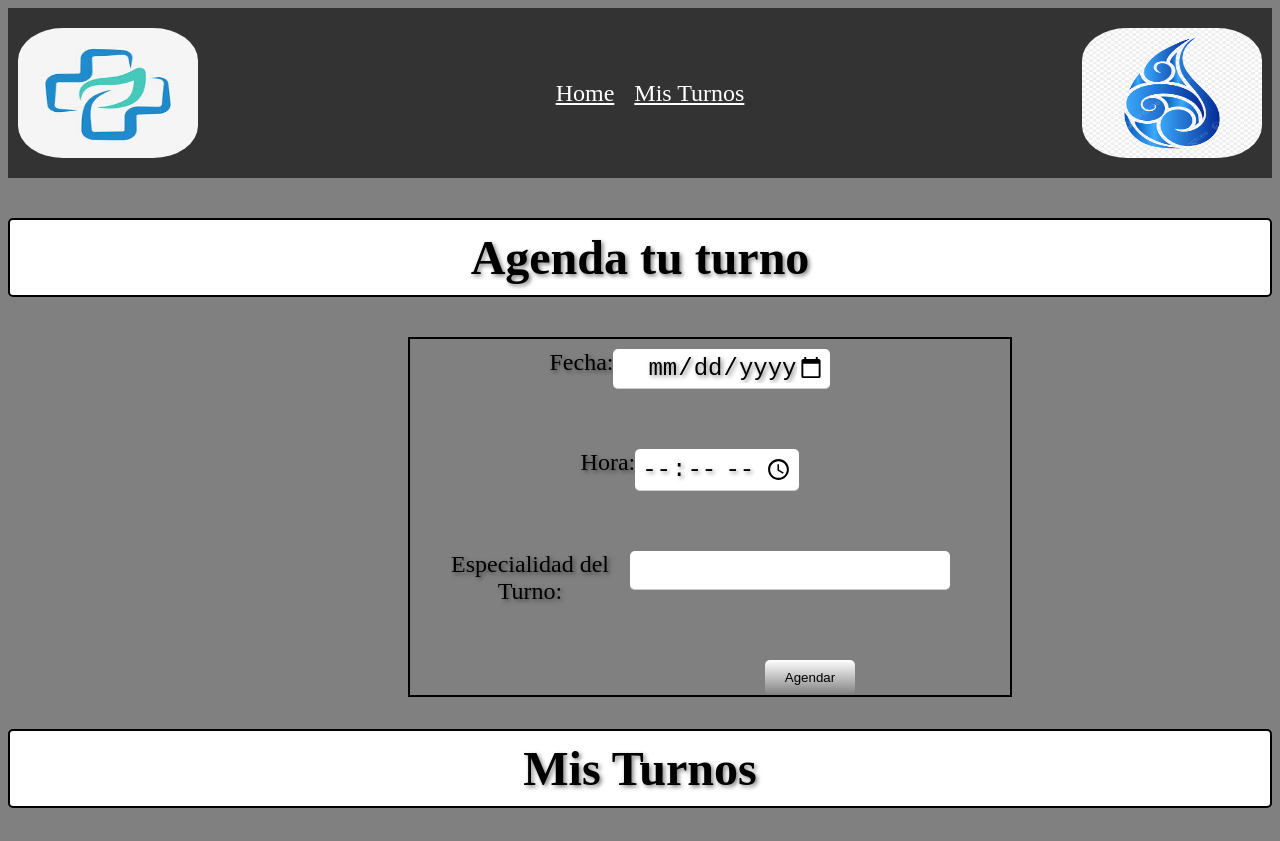
Repository: mauro8778/TurnoClinica
Page: /misTurnos (app in front/vite-project/)
An editor plug-in stored every save of this project. The page is shown before and after the next save, followed by the edit.
The browser window is 1280 px wide. The pictures show the whole page.
The page's requests for data from a server got no answer. The project was rebuilt for these pictures with package versions that can differ from the ones it lists, and the page was loaded fresh each time. No one was signed in, and anything a server would have sent is missing. Also part of the build but not shown: front/vite-project/vite.config.js, front/vite-project/src/views/home/home.jsx, front/vite-project/src/Redux/authActions.js, front/vite-project/src/views/Login/Login.jsx, front/vite-project/src/components/turno/turno.jsx, front/vite-project/src/helper/validate.js, front/vite-project/src/views/Register/Register.jsx.

Above is the page before, as saved 2024-04-15 23:54:08.

After the next save:
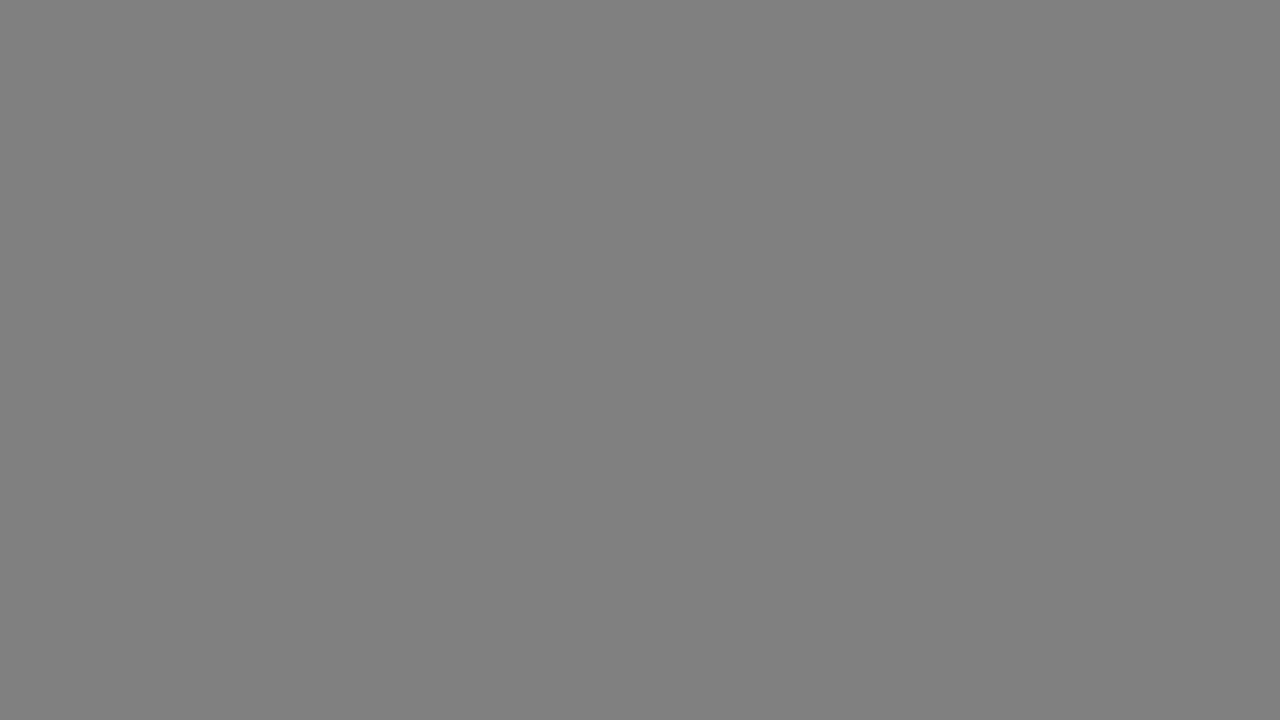
Console error (its wording comes from the project's code and is left out).
Saved 13 s later.
--- a/front/vite-project/src/views/misTurnos/MisTurnos.jsx
+++ b/front/vite-project/src/views/misTurnos/MisTurnos.jsx
@@ -10,6 +10,7 @@
     const [error, setError] = useState(null);
     const [loading, setLoading] = useState(false);
     const userId = useSelector(state => state.auth.user?.id);
+    const history = useHistory();
 
 
     useEffect(() => {

After the 3 saves that followed:
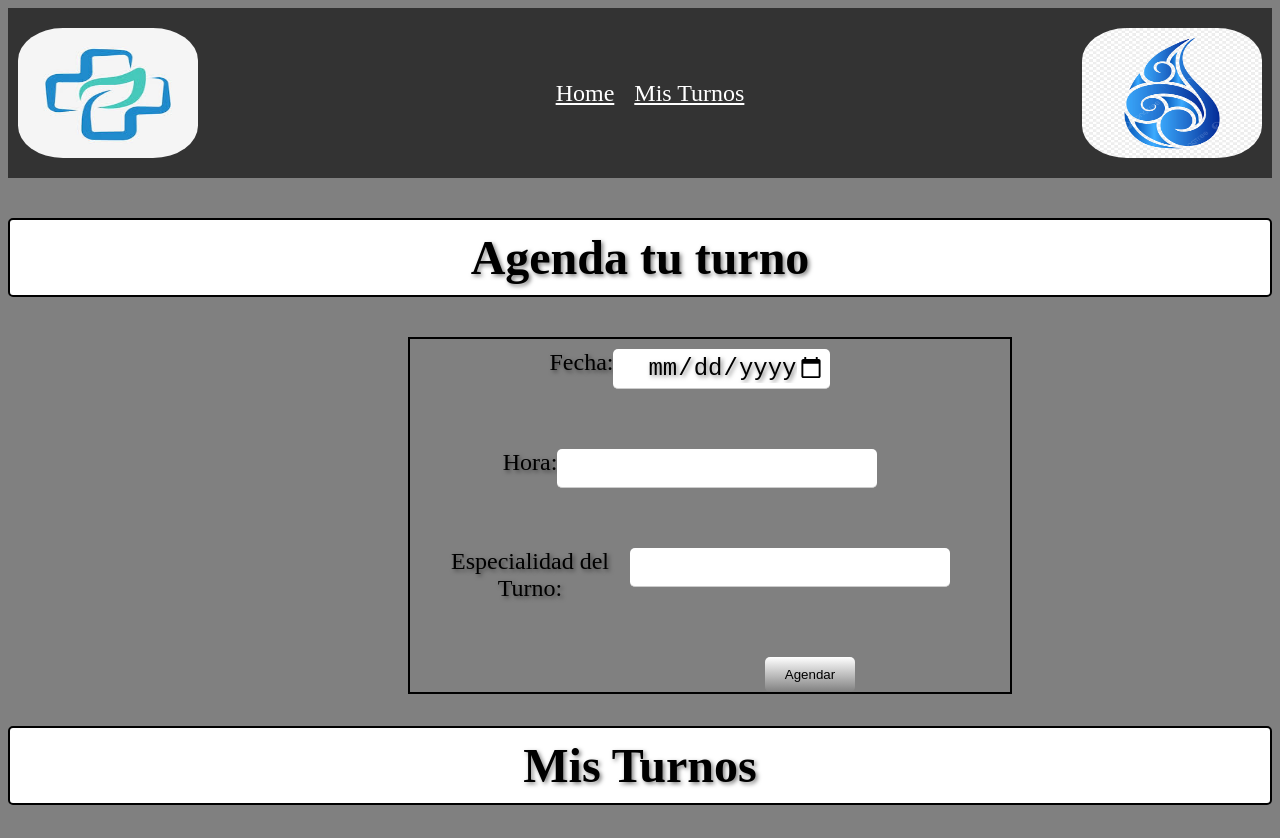
The error is gone.
The 3 saves are shown as one change because 2 left the picture as it was.
The last was saved 2 min 56 s later.
--- a/front/vite-project/src/views/misTurnos/MisTurnos.jsx
+++ b/front/vite-project/src/views/misTurnos/MisTurnos.jsx
@@ -2,90 +2,62 @@
 import Turno from "../../components/turno/turno.jsx"
 import "./MisTurnos.css";
 import axios from "axios"
-import { useSelector } from 'react-redux';
-import { useHistory } from 'react-router-dom';
 
-const MisTurnos = () => {
-    const [turnos, setTurnos] = useState([]);
-    const [error, setError] = useState(null);
-    const [loading, setLoading] = useState(false);
-    const userId = useSelector(state => state.auth.user?.id);
-    const history = useHistory();
+const MisTurnos=()=>{
+const [turnos, setTurnos] = useState([]);
 
+    useEffect(()=>{
+      axios.get("http://localhost:3000/appoiment")
+      .then((res)=>setTurnos(res.data));
+    },[]);
 
-    useEffect(() => {
-      const fetchUserTurnos = async () => {
-        if (!userId) return;
-        setLoading(true);
-        try {
-          const response = await axios.get(`http://localhost:3000/appoiment/${userId}`);
-          setTurnos(response.data);
-          setLoading(false);
-        } catch (error) {
-          setError('Error fetching appointments: ' + error.message);
-          setLoading(false);
-        }
-      };
+return(
 
-      fetchUserTurnos();
-    }, [userId]);
+        <><div className='container-turns'>
+            <div className='turns'>
+                <div>
+                    <form action="" className='formTurnos'>
+                        <div>
+                            <h2>
+                                Agenda tu turno
+                            </h2>
+                        </div>
+                        <div className="turnero">
+                        <label htmlFor="">Fecha:
+                            <input type="date" />
+                        </label>
+                        <label htmlFor="">Hora:
+                            <input type="text" name="" id="" />
+                        </label>
+                        <label htmlFor="">Especialidad del Turno:
+                            <input type="text" />
+                        </label>
+                        <button>Agendar</button>
+                        </div>
 
-    useEffect(() => {
-      // Redirigir al usuario a la página de sus turnos después de cargar los turnos
-      if (turnos.length > 0) {
-        history.push(`/MisTurnos/${userId}`);
-      }
-    }, [turnos, userId]);
+                    </form>
+                </div>
+            </div>
+            <h1>
+            Mis Turnos
+        </h1>
 
-    if (loading) {
-      return <div>Loading...</div>;
-    }
+        <div className='conteiners'>
+            {turnos.map((turno) => {
+             return (<Turno
+                    key={turno.id}
+                    date={turno.date}
+                    time={turno.time}
+                    description={turno.description}
+                    status={turno.status}
+                    />)
+            })}
 
-    if (error) {
-      return <div>Error: {error}</div>;
-    }
+        </div>
 
-
-    return (
-      <>
-        <div className='container-turns'>
-          <div className='turns'>
-            <div>
-              <form action="" className='formTurnos'>
-                <div>
-                  <h2>Agenda tu turno</h2>
-                </div>
-                <div className="turnero">
-                  <label htmlFor="">Fecha:
-                    <input type="date" />
-                  </label>
-                  <label htmlFor="">Hora:
-                    <input type="time" name="" id="" />
-                  </label>
-                  <label htmlFor="">Especialidad del Turno:
-                    <input type="text" />
-                  </label>
-                  <button>Agendar</button>
-                </div>
-              </form>
-            </div>
-          </div>
-          <h1>Mis Turnos</h1>
-
-          <div className='containers'>
-            {turnos.map((turno) => (
-              <Turno
-                key={turno.id}
-                date={turno.date}
-                time={turno.time}
-                description={turno.description}
-                status={turno.status}
-              />
-            ))}
-          </div>
         </div>
-      </>
-    );
-};
+        </>
+    )
+}
 
 export default MisTurnos;
